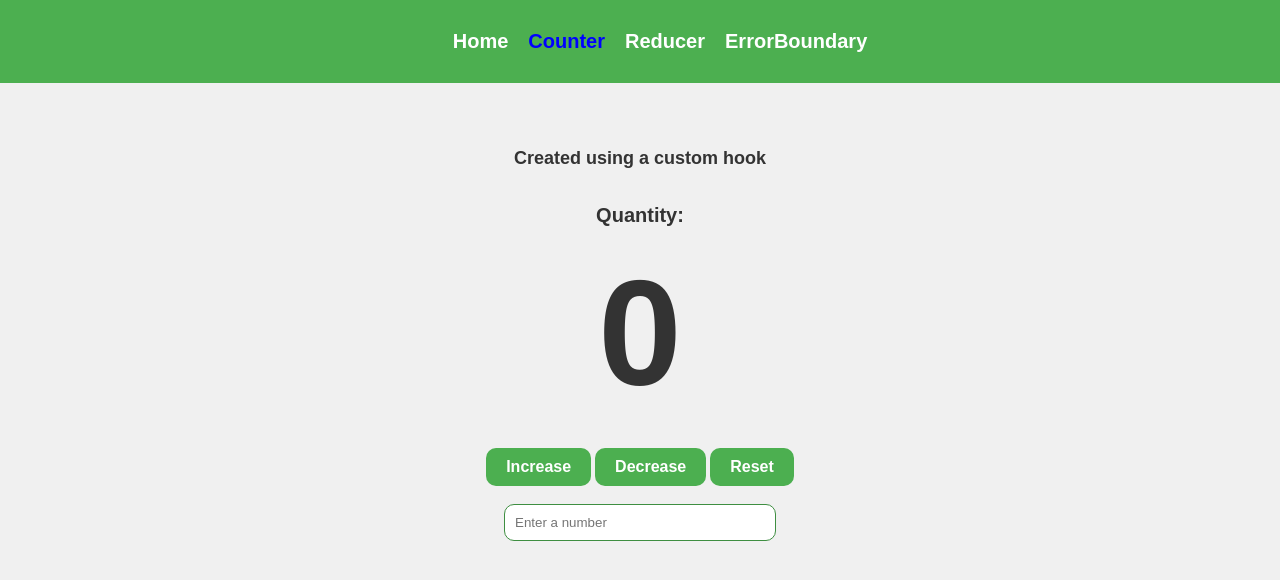
Repository: qudos4real/altschool-second-sem
Page: /counter
An editor plug-in stored every save of this project. The page is shown before and after the next save, followed by the edit.
The browser window is 1280 px wide. The pictures show the whole page.
The project was rebuilt for these pictures with package versions that can differ from the ones it lists, and the page was loaded fresh each time. Also part of the build but not shown: src/App.css, src/hooks/reducer.1.js, src/Components/Reducer.js, src/Components/Home.js, src/Components/NotFound.js, src/Components/ErrorBoundary.js.

Above is the page before, as saved 2022-11-04 19:59:37.

### src/App.js
import React from 'react';
import Counter from './Components/Counter';
import './App.css';
import Reducer from './Components/Reducer';
import Home from './Components/Home';
import NotFound from './Components/NotFound';
import ErrorBoundary from './Components/ErrorBoundary';
import "./CSS/Counter.css";
import { useEffect } from 'react';
import { BrowserRouter as Router, Route, Routes, Link, NavLink } from 'react-router-dom';





function App() {

  useEffect(() => {
    document.title = "React Counter";
    }, []);

  return (
    // <>
    // <Home />
    // <Counter />
    // <Reducer />
    // <NotFound />
    // <ErrorBoundary />
    // </>

    <ErrorBoundary >
    <Router>
      <nav>
        <ul>
          <li>
            <NavLink to="/" end className="link">
              Home
            </NavLink>
          </li>
          <li>
            <NavLink to="counter"  className="link">
              Counter
            </NavLink>
          </li>
          <li>
            <NavLink to="reducer" className="link">
              Reducer
            </NavLink>
          </li>
          <li>
            <NavLink to="ErrorBoundary" className="link">
              ErrorBoundary
            </NavLink>
          </li>
        </ul>
      </nav>
      <Routes>
        <Route path="/" element={<Home />} />
        <Route path="/counter" element={<Counter />} />
        <Route path="/reducer" element={<Reducer />} />
        <Route path="ErrorBoundary" element={<ErrorBoundary />} />
        <Route path="*" element={<NotFound />} />
      </Routes>
    </Router>
    </ErrorBoundary>
  )
}

export default App

### src/Components/Counter.js
import React from "react";
import { useCounter } from "../hooks/useCounter";
import "../CSS/Counter.css";

function Counter() {
  const quantity = useCounter(0);
  return (
    <div className="container">
      <h2>Created using a custom hook</h2>
      <h3 className="label ">Quantity: </h3>
      <h3 className="value ">{quantity.count} </h3>
      <br />
      <div>
        <button className="btn " onClick={quantity.increment}>
          Increase
        </button>
        <button className="btn " onClick={quantity.decrement}>
          Decrease
        </button>
        <button className="btn " onClick={quantity.reset}>
          Reset
        </button>
      </div>
      <br />
      <input placeholder="Enter a number" className="input "
        type="number"
        onChange={(e) => quantity.setValue(e.target.value)}
      />
    </div>
  );
}

export default Counter;

### src/CSS/Counter.css
body {
  background-color: #f0f0f0;
  font-family: Arial, Helvetica, sans-serif;
  font-size: 12px;
  color: #333;
  margin: 0;
  padding: 0;
  box-sizing: border-box;
}
.container {
  width: 50%;
  max-width: 500px;
  margin: 0 auto;
  padding: 0 20px;
  display: flex;
  justify-content: center;
  align-items: center;
  flex-direction: column;
  /* border: 1px solid #3e8e41; */
  margin-top: 50px;
}

.btn {
  background-color: #4caf50;
  border: none;
  color: white;
  padding: 10px 20px;
  text-align: center;
  text-decoration: none;
  display: inline-block;
  font-size: 16px;
  margin: 4px 2px;
  cursor: pointer;
  border-radius: 10px;
  font-weight: bold;
}
.btn:hover {
  background-color: #3e8e41;
}
.input {
  width: 50%;
  max-width: 500px;
  padding: 10px;
  border: 1px solid #3e8e41;
  border-radius: 10px;
  margin-bottom: 10px;
}
.label {
  font-size: 20px;
  font-weight: bold;
  margin-bottom: 10px;
}
.value {
  font-size: 150px;
  font-weight: bold;
  margin-bottom: 10px;
  margin-top: 10px;
}
.ErrorText{
    font-size: 20px;
    font-weight: bold;
    margin-bottom: 10px;
    color: red;
}
nav{
    background-color: #4caf50;
    padding: 10px;
    color: white;
    font-size: 20px;
    font-weight: bold;
    text-align: center;
}
nav li{
    display: inline;
    padding: 10px;
}
nav a{
    color: white;
    text-decoration: none;
}
nav a:hover{
    color: #3e8e41;
}

.active{
    font-size: 20px;
    font-weight: bold;
    margin-bottom: 10px;
    color: blue;
}

### src/hooks/useCounter.js
import { useState } from "react";

export const useCounter = (initialValue) => {
    const [count, setCount] = useState(initialValue);
    const increment = () => {
        setCount(count + 1);
    };
    const decrement = () => {
        count > 0 && setCount(count - 1);
    };
    const reset = () => {
        setCount(initialValue);
    };
    const setValue = (value) => {
        setCount(value);
    };
    return { count, increment, decrement, reset, setValue };
};

Loaded but not shown: public/index.html (common file); src/index.js (common file); src/index.css (common file); src/reportWebVitals.js (common file)

After the next save:
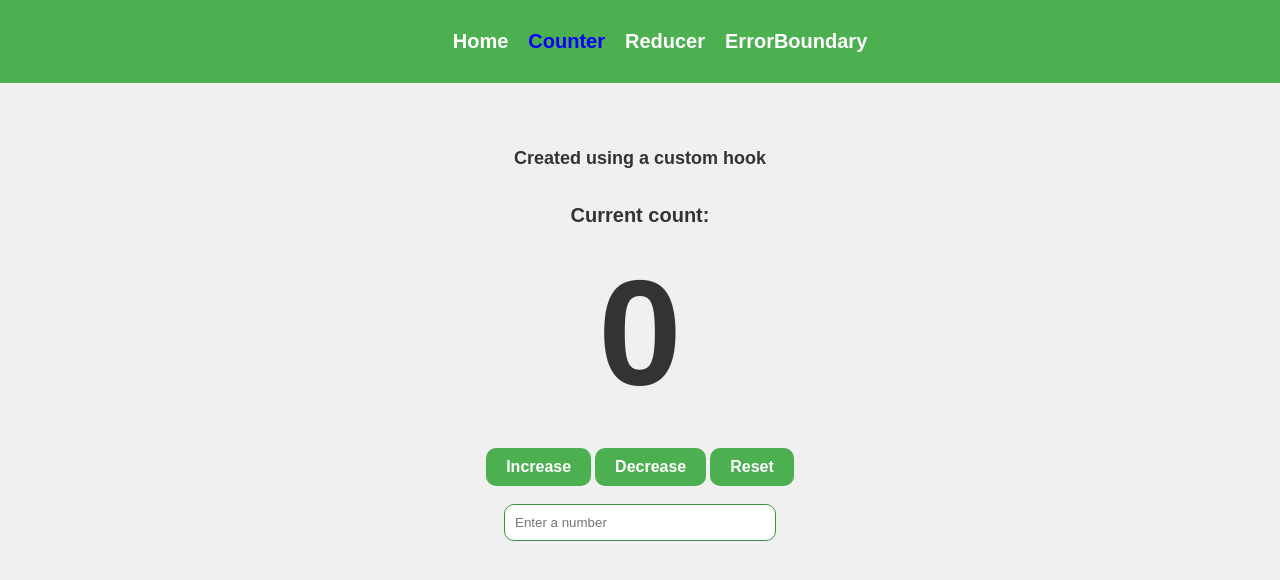
Saved 54 s later.
--- a/src/Components/Counter.js
+++ b/src/Components/Counter.js
@@ -7,7 +7,7 @@ function Counter() {
   return (
     <div className="container">
       <h2>Created using a custom hook</h2>
-      <h3 className="label ">Quantity: </h3>
+      <h3 className="label ">Current count: </h3>
       <h3 className="value ">{quantity.count} </h3>
       <br />
       <div>
